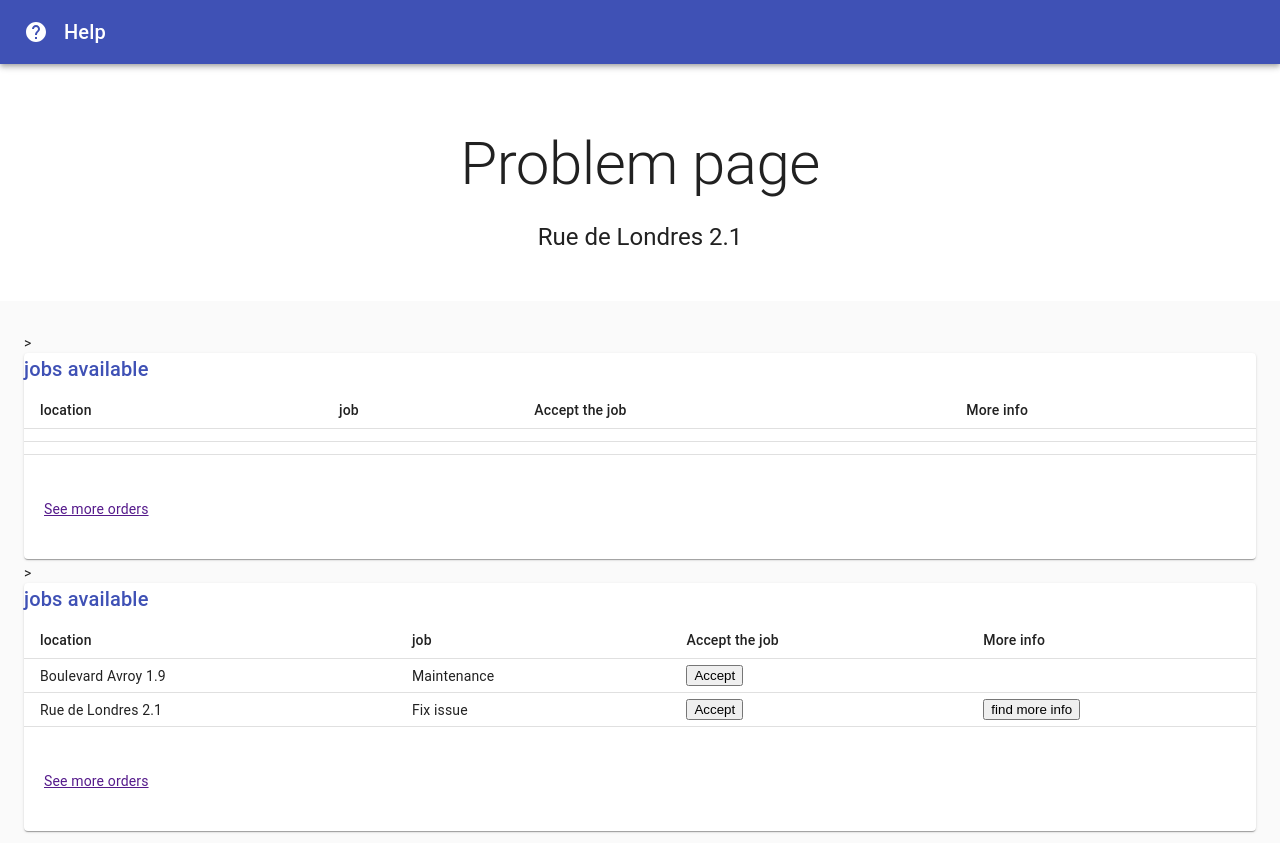
Repository: sapbrussels/intelligenthighway_webapp
Page: /Problempage (app in router/)
The author's editor kept a copy of each file at every save. The page is drawn from the files as they stood at one save, then again after the next save.
The browser window is 1280 px wide. The pictures show the whole page.
The project was rebuilt for these pictures with package versions that can differ from the ones it lists, and the page was loaded fresh each time. Also part of the build but not shown: router/src/App.css, router/src/Login.js, router/src/Maps.js, router/src/Jobspage.js, router/src/Direction.js, router/src/Maintenance.js, router/src/Help.js.

Above is the page before, as saved 2020-03-31 15:01:54.

After the next save:
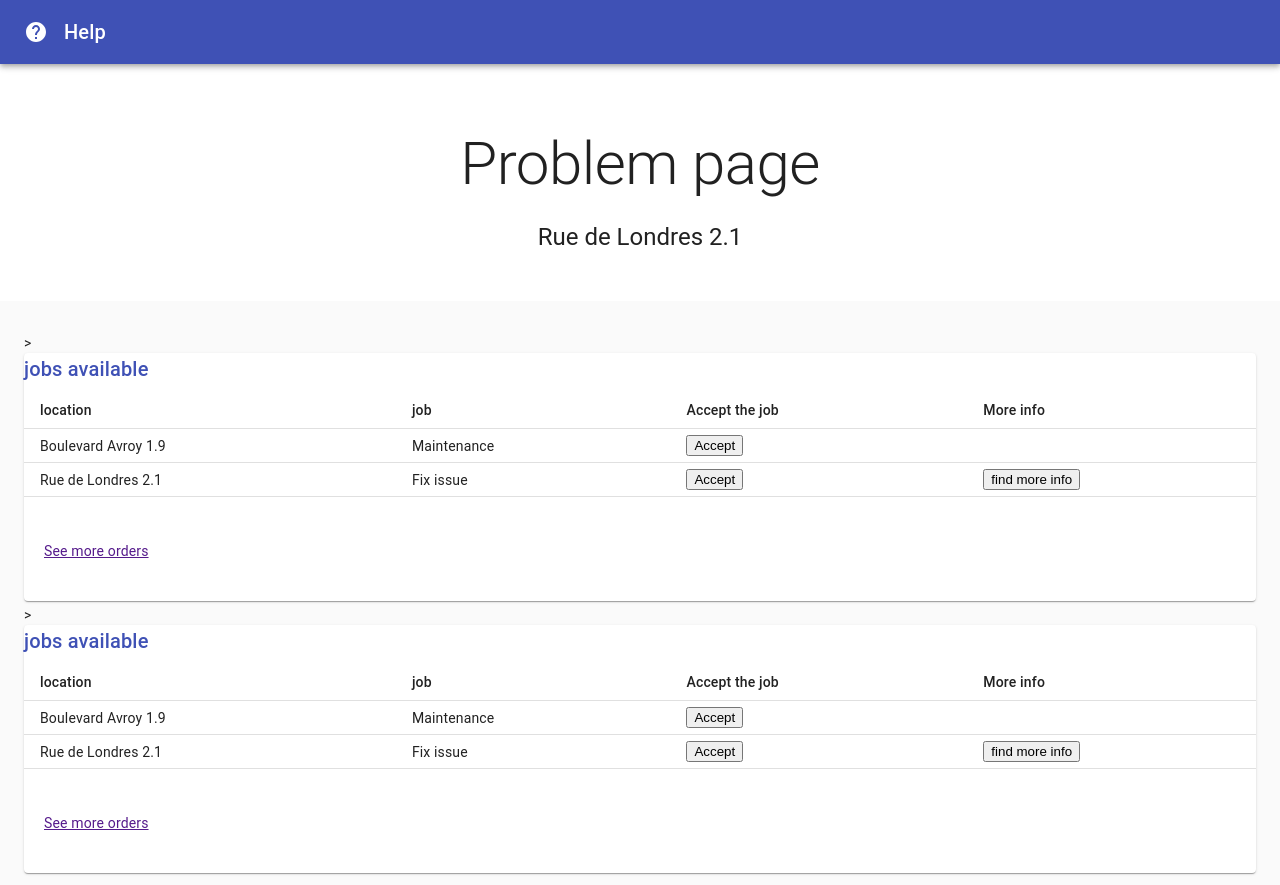
Saved 41 s later.
--- a/router/src/SensorData.js
+++ b/router/src/SensorData.js
@@ -9,8 +9,8 @@ import TableRow from '@material-ui/core/TableRow';
 import Title from './Title';
 
 // Generate Order Data
-function createData(id, sensorstatus, voltage) {
-  return { id, sensorstatus, voltage};
+function createData(id, location, job, accept, info) {
+  return { id, location, job, accept, info };
 }
 
 const rows = [
